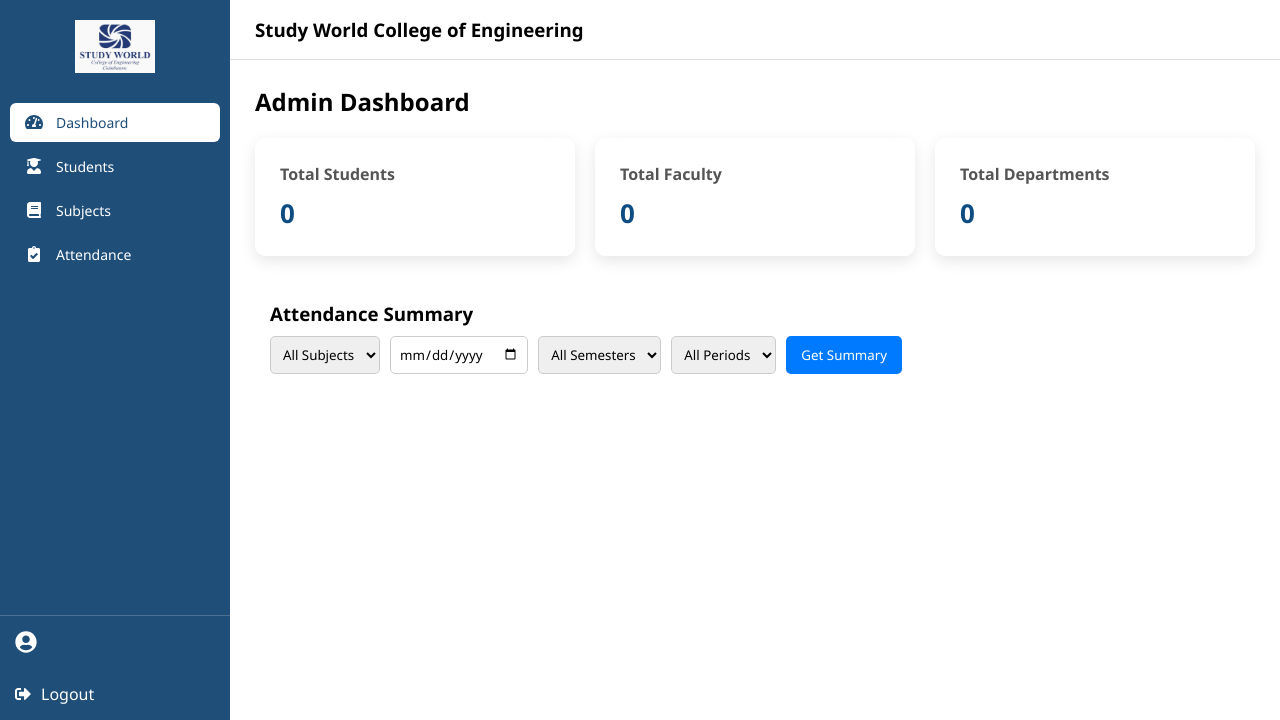
Repository: arthanarieswara/frontend
Page: /dashboard
These files come from the project's save history. The page is drawn as it stood at one moment and after the next save; the edit follows.
The browser window is 1280 px wide. The pictures show the whole page.
The page's requests for data from a server got no answer. The project was rebuilt for these pictures with package versions that can differ from the ones it lists, and the page was loaded fresh each time. No one was signed in, and anything a server would have sent is missing. Also part of the build but not shown: vite.config.js, src/pages/auth/Login.jsx, src/pages/departments/Departments.css, src/pages/departments/Departments.jsx, src/pages/students/Students.css, src/pages/students/Students.jsx, src/pages/faculty/Faculty.css, src/pages/faculty/Faculty.jsx and 8 more.

Above is the page before, as saved 2026-03-30 15:17:07.

After the next save:
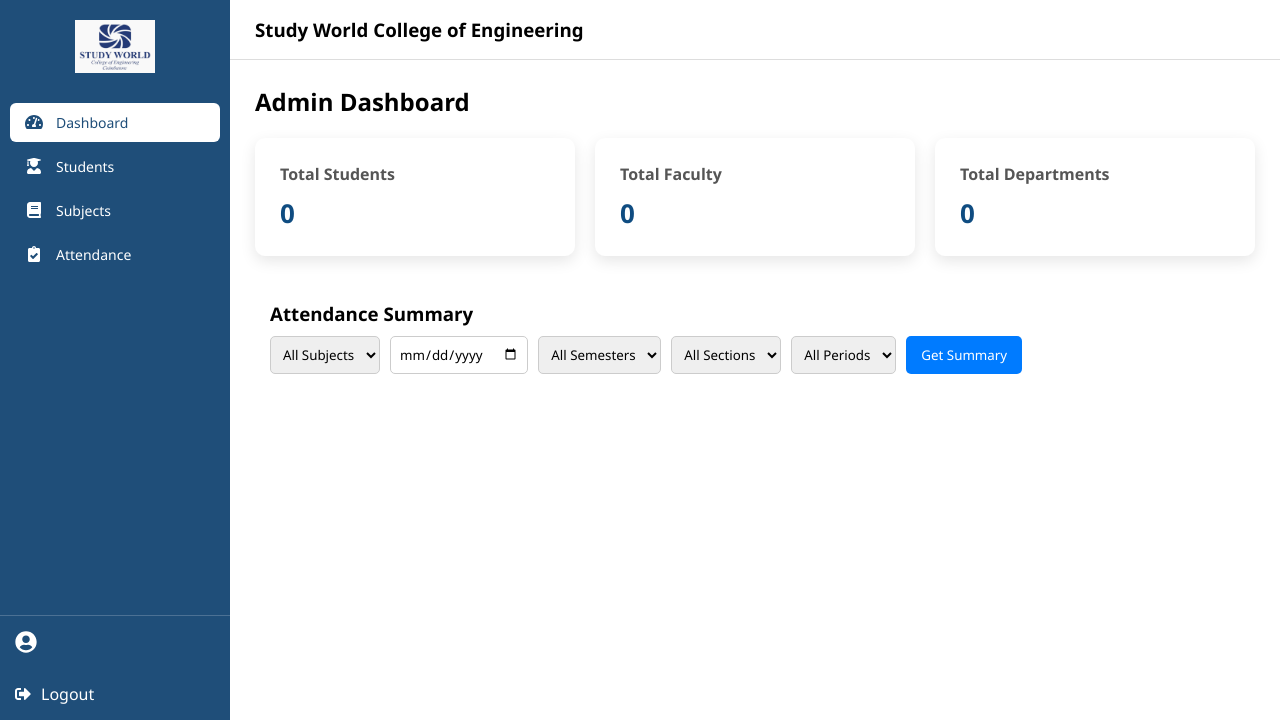
Saved 52 min 27 s later.
--- a/src/pages/dashboard/Dashboard.jsx
+++ b/src/pages/dashboard/Dashboard.jsx
@@ -15,6 +15,7 @@ function Dashboard() {
   const [date, setDate] = useState("");
   const [period, setPeriod] = useState("");
   const [semester, setSemester] = useState("");
+  const [section, setSection] = useState(""); // ✅ NEW
 
   const [attendanceSummary, setAttendanceSummary] = useState(null);
   const [summaryType, setSummaryType] = useState("");
@@ -58,6 +59,7 @@ function Dashboard() {
       if (subject) url += `&subject_id=${subject}`;
       if (period) url += `&period=${period}`;
       if (semester) url += `&semester=${semester}`;
+      if (section) url += `&section=${section}`; // ✅ NEW
 
       const res = await api.get(url);
 
@@ -130,6 +132,16 @@ function Dashboard() {
               ))}
             </select>
 
+            {/* ✅ SECTION (NEW) */}
+            <select
+              value={section}
+              onChange={(e) => setSection(e.target.value)}
+            >
+              <option value="">All Sections</option>
+              <option value="A">Section A</option>
+              <option value="B">Section B</option>
+            </select>
+
             {/* PERIOD */}
             <select value={period} onChange={(e) => setPeriod(e.target.value)}>
               <option value="">All Periods</option>
@@ -170,7 +182,8 @@ function Dashboard() {
             <table className="attendance-table">
               <thead>
                 <tr>
-                  {!subject && <th>Subject</th>} {/* ✅ NEW */}
+                  {!subject && <th>Subject</th>}
+                  <th>Section</th> {/* ✅ NEW */}
                   <th>Period</th>
                   <th>Present</th>
                   <th>Absent</th>
@@ -181,7 +194,8 @@ function Dashboard() {
               <tbody>
                 {attendanceSummary.periods.map((p, index) => (
                   <tr key={index}>
-                    {!subject && <td>{p.subject_name}</td>} {/* ✅ NEW */}
+                    {!subject && <td>{p.subject_name}</td>}
+                    <td>{p.section}</td> {/* ✅ NEW */}
                     <td>Period {p.period}</td>
                     <td>{p.present_count}</td>
                     <td>{p.absent_count}</td>
